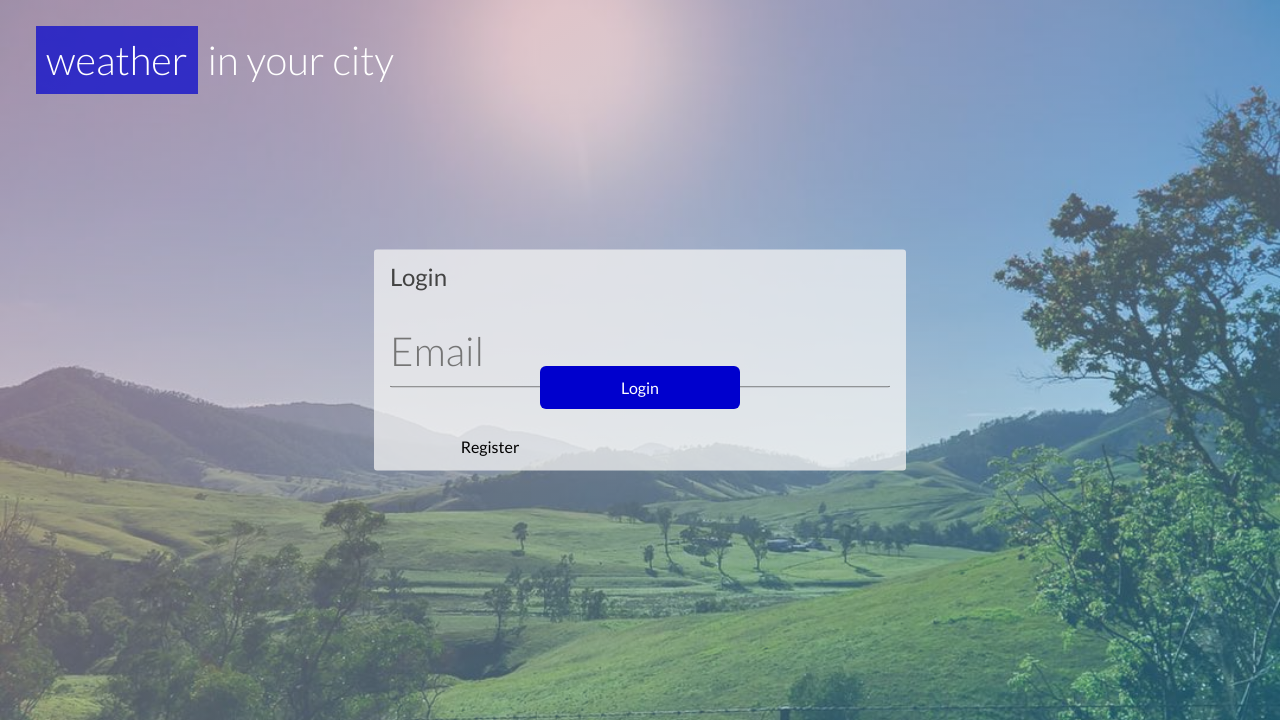
Repository: nosplashurinal/weather-app
Page: /, after clicking the first element matching `button.next`
These files come from the project's save history. The page is drawn as it stood at one moment and after a run of saves; the edit follows.
The browser window is 1280 px wide. The pictures show the whole page.
The project was rebuilt for these pictures with package versions that can differ from the ones it lists, and the page was loaded fresh each time. Also part of the build but not shown: src/components/RecentSearches.vue, src/components/Search.vue, src/components/WeatherDataBlock.vue.

Above is the page before, as saved 2018-12-31 17:55:01.

### public/index.html
<!DOCTYPE html>
<html lang="en">

<head>
	<meta charset="utf-8">
	<meta http-equiv="X-UA-Compatible" content="IE=edge">
	<meta name="viewport" content="width=device-width,initial-scale=1.0">
	<link rel="icon" href="<%= BASE_URL %>favicon.ico">
	<link href="https://fonts.googleapis.com/css?family=Lato:300,400" rel="stylesheet">
	<title>weather-app</title>
</head>

<body>
	<noscript>
		<strong>We're sorry but weather-app doesn't work properly without JavaScript enabled. Please enable it to continue.</strong>
	</noscript>
	<div id="app"></div>
	<!-- built files will be auto injected -->
</body>

</html>

### src/App.vue
<template>
  <div class="root-container">
    <div class="bg" v-bind:style="{backgroundImage: `url(${bg})`}"></div>
    <div class="overlay"></div>
    <div class="title">
      <span>weather</span>
      <span>in your city</span>
    </div>
    <Login v-bind:isLoginError="isLoginError" v-if="!loginSuccess && !showRegistration" v-on:on-login="attemptLogin" v-on:open-registration="showRegistration = true" />
    <Registration v-if="showRegistration" v-on:on-success="showRegistration = false" />
    <div v-if="loginSuccess" class="search-container" v-bind:class="{resultActive: showResults}">
      <Search
        v-bind:message="message"
        v-bind:showLoading="isLoadingResults"
        v-bind:isError="isError"
        v-on:on-key-press="onClickSearch"
        v-on:on-change="onInputChange"
      />
      <transition name="ease">
        <div class="results-container" v-if="showResults">
          <WeatherDataBlock v-bind:weatherData="weatherData"/>
        </div>
      </transition>
    </div>
  </div>
</template>

<script>
import Search from "./components/Search.vue";
import WeatherDataBlock from "./components/WeatherDataBlock.vue";
import Login from "./components/Login.vue";
import Registration from "./components/Registration.vue";
import axios from "axios";

export default {
  name: "app",
  components: {
    Search,
    WeatherDataBlock,
    Login,
    Registration
  },
  data() {
    return {
      currentQueryValue: null,
      results: [],
      showResults: false,
      address: null,
      isError: false,
      message: null,
      searchQuery: null,
      isLoadingResults: false,
      units: "metric",
      weatherData: undefined,
      bg: "/images/bg.jpg",
      weatherBg: null,
      screenWidth: window.innerWidth,
      screenHeight: window.innerHeight,
      showRegistration: false,
      loginSuccess: false,
      isLoginError: false
    };
  },
  created: function() {
    if (!JSON.parse(window.localStorage.getItem("user"))) {
      this.showRegistration = true;
    }
  },
  mounted: function() {
    if (JSON.parse(window.localStorage.getItem("searches"))) {
      this.validateRecentSearches();
    }
  },
  watch: {
    async searchQuery(newQuery) {
      let storedWeatherData;
      this.showResults = false;

      // Check if anything is saved in localStorage
      if (window.localStorage.getItem("searches")) {
        // Now, check if the current query matches anything in localStorage
        storedWeatherData = this.getFromLocalStorage(newQuery);
      } else {
        // Create an empty object in localStorage
        window.localStorage.setItem("searches", null);
      }
      if (storedWeatherData) {
        this.isLoadingResults = true;
        // Translate localStorage data into the format needed to display the data
        setTimeout(
          () =>
            (this.weatherData = this.parseStoredWeatherData(
              storedWeatherData.result
            )),
          0.0001
        );
      } else {
        this.isLoadingResults = true;
        try {
          let weatherData = await this.fetchWeatherDataForCity(
            this.searchQuery
          );
          const formattedData = this.parseApiResponse(newQuery, weatherData);
          this.pushDataToLocalStorage(formattedData);
          this.weatherData = formattedData.result;
        } catch {
          this.isLoadingResults = false;
          this.isError = true;
        }
      }
    },
    weatherData() {
      this.isLoadingResults = false;
      this.showResults = true;
      this.changeBackgroundImage();
    }
  },
  methods: {
    async validateRecentSearches() {
      let storedData = window.localStorage.getItem("searches");
      let storedDataObject = JSON.parse(storedData);
      let promiseArray = [];
      let newDataObject = [];
      storedDataObject.forEach(({ result }) => {
        promiseArray.push(this.fetchWeatherDataForCity(result.name));
      });
      let responseArray = await Promise.all(promiseArray);
      responseArray.forEach((data, index) => {
        const formattedData = this.parseApiResponse(
          storedDataObject[index].query,
          data
        );
        newDataObject.push(formattedData);
      });
      window.localStorage.setItem("searches", JSON.stringify(newDataObject));
    },
    timeDifferenceBetwenNowAndDate(d) {
      const date = new Date(d * 1000);
      const now = new Date();
      return (now.getTime() - date.getTime()) / (1000 * 60);
    },
    attemptLogin(e) {
      const user = window.localStorage.getItem("user");
      if (user === e) {
        this.loginSuccess = true;
      } else {
        this.isLoginError = true;
      }
    },
    onInputChange() {
      if (this.isError) this.isError = false;
    },
    pushDataToLocalStorage(newDataItem) {
      let storedData = window.localStorage.getItem("searches");
      let storedDataObject = JSON.parse(storedData);
      let newDataObject = [];
      if (storedDataObject) {
        newDataObject = [...storedDataObject, newDataItem];
      } else {
        newDataObject.push(newDataItem);
      }
      window.localStorage.setItem("searches", JSON.stringify(newDataObject));
    },
    parseApiResponse(query, data) {
      return {
        query,
        result: {
          id: data.sys.id,
          temp: data.main.temp,
          name: data.name,
          country: data.sys.country,
          icon: data.weather[0].icon,
          description: data.weather[0].description,
          date: data.dt,
          humidity: data.wind.speed,
          wind: data.main.humidity
        }
      };
    },
    parseStoredWeatherData(data) {
      return {
        name: data.name,
        country: data.country,
        humidity: data.humidity,
        temp: data.temp,
        wind: data.wind,
        icon: data.icon,
        description: data.description,
        date: data.date
      };
    },
    getFromLocalStorage(i) {
      const localStorage = window.localStorage;
      const searchObject = JSON.parse(localStorage.getItem("searches"));
      if (searchObject) {
        return searchObject.find(item => item.query === i);
      } else {
        return null;
      }
    },
    onClickSearch(e) {
      this.searchQuery = e;
    },
    fetchWeatherDataForCity(city) {
      return new Promise((resolve, reject) => {
        axios
          .get(
            `http://api.openweathermap.org/data/2.5/weather?q=${city}&APPID=7c519880689160b16f5d233f16f2868d${
              this.units === "metric" ? "&units=metric" : ""
            }`
          )
          .then(response => {
            if (response.status === 404) {
              reject(response.err);
            } else {
              resolve(response.data);
            }
          })
          .catch(() => {
            this.isError = true;
            this.isLoadingResults = false;
            return;
          });
      });
    },
    changeBackgroundImage() {
      var newImg = new Image();
      newImg.onload = () => (this.bg = newImg.src);
      newImg.src = `https://loremflickr.com/1920/1080/${
        this.weatherData.description
      }`;
    }
  }
};
</script>

<style lang="scss" src="@/styles/app.scss">
</style>

### src/styles/app.scss
@import "./global.scss";
@import "./constants.scss";

.root-container {
  width: 100%;
  height: auto;
  overflow-y: scroll;
  overflow-x: hidden;
  font-size: 16px;
}
.bg {
  position: absolute;
  background-repeat: no-repeat;
  background-size: cover;
  background-position: center;
  -webkit-transition: background-image 500ms ease-in-out;
  transition: background-image 500ms ease-in-out;
  width: 100%;
  height: 100%;
}
.overlay {
  position: absolute;
  width: 100%;
  height: 100%;
  background-image: linear-gradient(
    to bottom right,
    rgba(230, 154, 154, 0.65),
    rgba(44, 181, 232, 0.4)
  );
}
.title {
  position: absolute;
  top: 36px;
  left: 36px;
  width: auto;
  height: auto;
  text-align: center;
  font-size: 2.5em;
  color: #fff;
  font-family: $font-primary;
  font-weight: 100;
  > span {
    padding: 0.25em;
    &:nth-child(1) {
      background-color: rgba($blue, 0.7);
    }
  }
}
.search-container {
  position: absolute;
  top: 50%;
  transform: translate(-50%, -50%);
  left: 50%;
  .results-container {
    margin-top: 4em;
    z-index: 9;
  }
}
.ease-enter-active,
.ease-leave-active {
  transition: all 900ms cubic-bezier(0, 0.57, 0.01, 0.97);
}
.ease-enter, .ease-leave-to /* .fade-leave-active below version 2.1.8 */ {
  opacity: 0;
  transform: scale(0.9) translate(0, 50px);
}
.slide-enter-active, .slide-leave-active {
  transition: opacity 350ms ease-in-out;
}
.slide-enter /* .fade-leave-active below version 2.1.8 */ {
  opacity: 0;
}

### src/styles/global.scss
html, body {
	position: relative;
	width: 100%;
	height: 100%;
}

body {
	color: #333;
	margin: 0;
	padding: 0;
	box-sizing: border-box;
	font-family: -apple-system, BlinkMacSystemFont, "Segoe UI", Roboto, Oxygen-Sans, Ubuntu, Cantarell, "Helvetica Neue", sans-serif;
}

a {
	color: rgb(0,100,200);
	text-decoration: none;
}

a:hover {
	text-decoration: underline;
}

a:visited {
	color: rgb(0,80,160);
}

label {
	display: block;
}

input, button, select, textarea {
	font-family: inherit;
	font-size: inherit;
	padding: 0.4em;
	margin: 0 0 0.5em 0;
	box-sizing: border-box;
	border: 1px solid #ccc;
	border-radius: 2px;
}

input:disabled {
	color: #ccc;
}

button {
	background-color: #f4f4f4;
	outline: none;
}

button:active {
	background-color: #ddd;
}

button:focus {
	border-color: #666;
}

p {
	margin: 0;
	padding: 0;
}

ul {
	list-style: none;
}
input:focus {
	outline: 0;
}
button {
	border: 0;
}

### src/styles/constants.scss
$blue: rgb(0, 0, 205);
$font-primary: "Lato", sans-serif;

### src/components/Login.vue
<template>
  <div class="login">
    <p>Login</p>
    <div class="login-container">
      <input
        ref="loginInput"
        autocomplete="off"
        type="email"
        name="email"
        class="email"
        id="email"
        placeholder="Email"
        v-on:keypress="onKeyPress"
      >
      <p
        v-if="isLoginError"
        class="error-message"
      >Oops, we could not find you. Try again or register.</p>
      <button type="button" v-on:click="onClickLogin" class="login">Login</button>
    </div>
    <button v-on:click="openRegistration" class="register-button">Register</button>
  </div>
</template>
<script>
export default {
  name: "Login",
  props: {
    isLoginError: Boolean
  },
  methods: {
    onKeyPress(e) {
      if (e.key === "Enter") this.$emit("on-login", e.target.value);
    },
    onClickLogin() {
      this.$emit("on-login", this.$refs.loginInput);
    },
    openRegistration() {
      this.$emit("on-registration");
    }
  }
};
</script>
<style lang="scss" src="@/styles/login.scss">
</style>

### src/components/Registration.vue
<template>
  <div class="registration">
    <p>Please take a few moments to register.</p>
    <div class="fields-container">
      <input
        placeholder="Enter your Email"
        autofocus
        autocomplete="off"
        type="email"
        name="email"
        class="email"
        id="email"
        v-model="email"
      >
      <input
        placeholder="Enter your Name"
        autofocus
        autocomplete="off"
        type="text"
        name="name"
        class="name"
        id="name"
        v-model="name"
      >
      <input
        placeholder="Mobile"
        autofocus
        autocomplete="off"
        type="phone"
        name="mobile"
        class="mobile"
        id="mobile"
        v-model="mobile"
      >
      <input
        placeholder="Where are you located?"
        autofocus
        autocomplete="off"
        type="text"
        name="location"
        class="location"
        id="location"
        v-model="location"
      >
    </div>
    <button type="button" class="next" v-on:click="onRegister">Next</button>
  </div>
</template>
<script>
export default {
  name: "Registration",
  data() {
    return {
      email: null,
      name: null,
      mobile: null,
      location: null
    };
  },
  methods: {
    onRegister() {
      const { email, name, mobile, location } = this;
      const userObject = {
        email,
        name,
        mobile,
        location
      };
      window.localStorage.setItem("user", JSON.stringify(userObject));
      this.$emit("on-success");
    }
  }
};
</script>
<style lang="scss" src="@/styles/registration.scss">
</style>

### src/styles/login.scss
@import "./constants.scss";

.login {
  position: absolute;
  top: 50%;
  transform: translate(-50%, -50%);
  left: 50%;
  background: rgba(#f2f2f2, 0.75);
  border-radius: 3px;
  font-family: "Lato", sans-serif;
  padding: 0 1em;
  p {
    color: #434343;
    position: relative;
    font-size: 1.5em;
    padding: 0.5em 0;
    margin-bottom: 0.5em;
    flex: none;
    width: 100%;
  }
  .login-container {
    input {
      color: #434343;
      background: transparent;
      border: 0;
      display: block;
      border-bottom: 1px solid #434343;
      font-size: 2.5em;
      font-weight: 300;
      margin: 0;
      width: 500px;
      height: auto;
      padding: 0;
      padding: 0.3em 0;
      position: relative;
      &:focus {
        background: transparent;
        border: 0;
        border-bottom: 1px solid #434343;
        outline: none;
        box-shadow: none;
      }
      ::-webkit-input-placeholder {
        /* Chrome/Opera/Safari */
        color: #434343;
      }
      ::-moz-placeholder {
        /* Firefox 19+ */
        color: #434343;
      }
    }
    .login {
      background: $blue;
      color: #fff;
      text-align: center;
      border-radius: 6px;
      cursor: pointer;
      width: 200px;
      height: auto;
      position: relative;
      padding: 0.75em;
      display: block;
      margin: 0;
      position: relative;
    }
  }
  .register-button {
    width: 200px;
    height: auto;
    background: none;
    cursor: pointer;
    &:hover {
      text-decoration: underline;
    }
  }
  .fade-enter-active,
  .fade-leave-active {
    transition: opacity 350ms ease-in-out;
  }
  .fade-enter, .fade-leave-to /* .fade-leave-active below version 2.1.8 */ {
    opacity: 0;
  }
}

### src/styles/registration.scss
@import "./constants.scss";

.registration {
  position: absolute;
  top: 50%;
  transform: translate(-50%, -50%);
  left: 50%;
  background: rgba(#f2f2f2, 0.75);
  border-radius: 3px;
  font-family: "Lato", sans-serif;
  padding: 0 1em;
  p {
    color: #434343;
    position: relative;
    font-size: 1.5em;
    padding: 0.5em 0;
    margin-bottom: 0.5em;
  }
  .fields-container {
    position: relative;
    padding: 0 1.25em;
    ::-webkit-input-placeholder { /* Chrome/Opera/Safari */
      color: #434343;
    }
    ::-moz-placeholder { /* Firefox 19+ */
      color: #434343;
    }
    input {
      color: #434343;
      background: transparent;
      border: 0;
      display: block;
      border-bottom: 1px solid #434343;
      font-size: 1.5em;
      font-weight: 300;
      margin: 0;
      width: 100%;
      height: auto;
      padding: 0;
      padding: 0.3em 0;
      margin-bottom: 1em;
      &::focus {
        background: transparent;
        border: 0;
        border-bottom: 1px solid #434343;
        outline: none;
        box-shadow: none;
      }
    }
  }
  .next {
    background: $blue;
    color: #fff;
    padding: 0.75em;
    margin-right: 1em;
    border-radius: 6px;
    cursor: pointer;
    float: right;
  }
}

Loaded but not shown: src/main.js (common file)

After the next 2 saves:
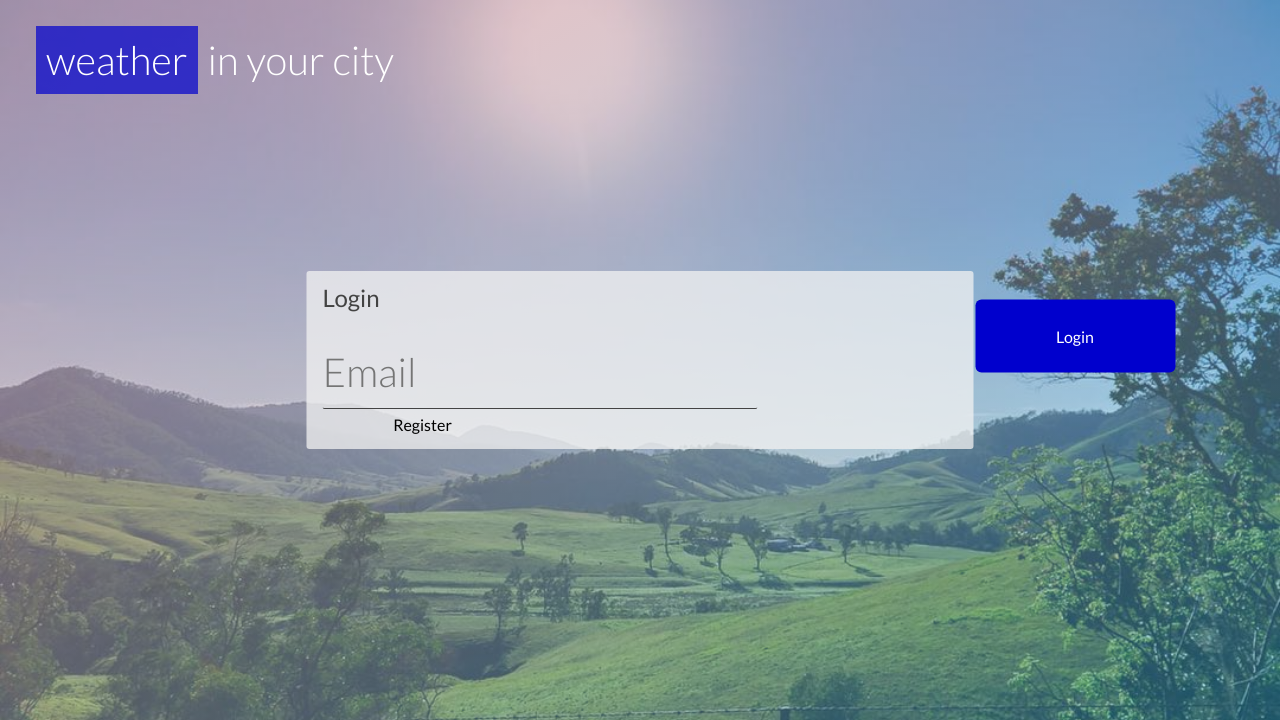
The 2 saves are shown as one change because 1 did not build or start.
The last was saved 46 s later.
--- a/src/styles/login.scss
+++ b/src/styles/login.scss
@@ -19,6 +19,7 @@
     width: 100%;
   }
   .login-container {
+    display: flex;
     input {
       color: #434343;
       background: transparent;
@@ -28,7 +29,7 @@
       font-size: 2.5em;
       font-weight: 300;
       margin: 0;
-      width: 500px;
+      flex: 0 1 100%;
       height: auto;
       padding: 0;
       padding: 0.3em 0;
@@ -55,6 +56,7 @@
       text-align: center;
       border-radius: 6px;
       cursor: pointer;
+      flex: none;
       width: 200px;
       height: auto;
       position: relative;
